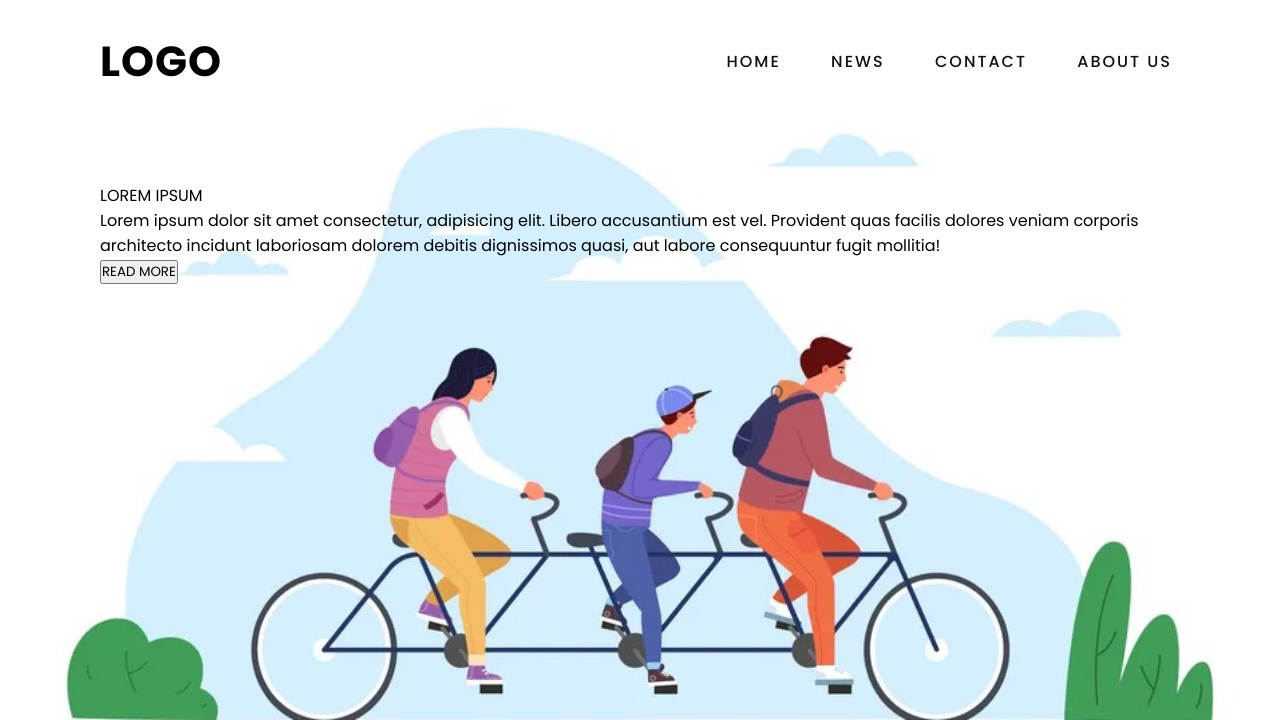
Repository: nganha241/1806
Page: index.html
An editor plug-in stored every save of this project. The page is shown before and after the next save, followed by the edit.
The browser window is 1280 px wide. The pictures show the whole page.

Above is the page before, as saved 2022-06-18 15:48:05.

After the next save:
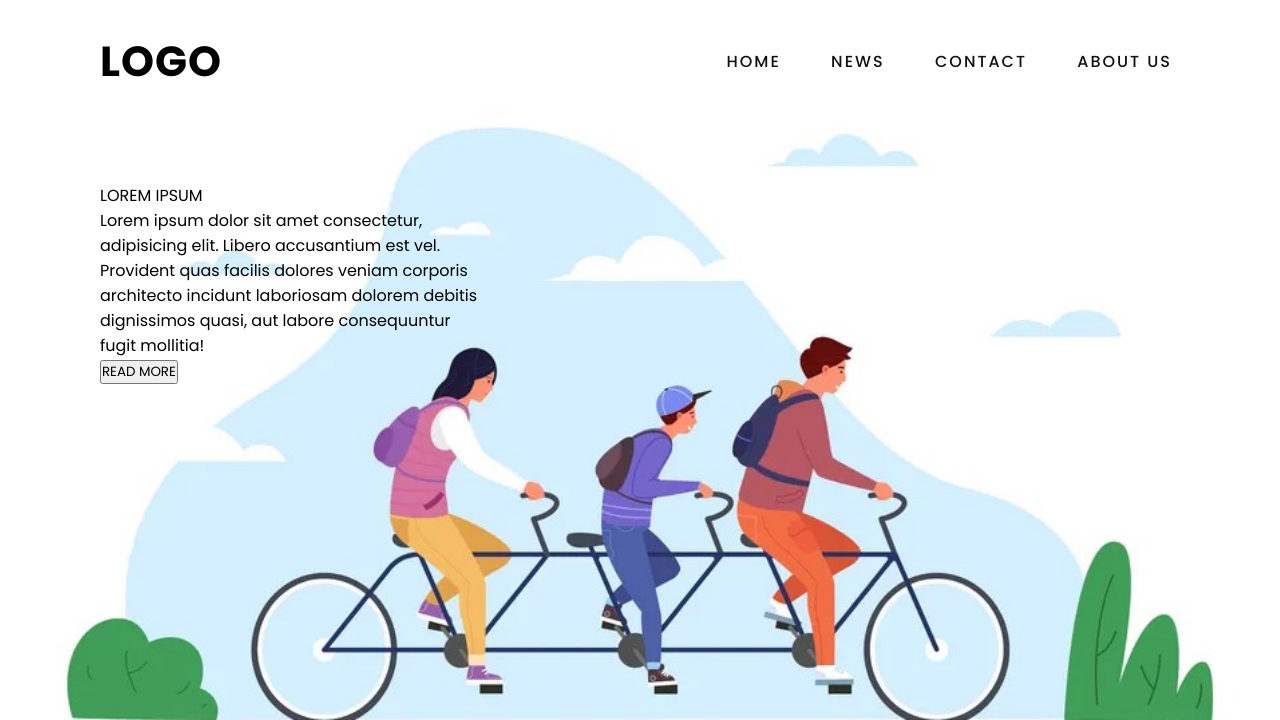
Saved 18 s later.
--- a/style.css
+++ b/style.css
@@ -64,4 +64,5 @@ section header {
 
 .content {
     margin: 60px 100px;
+    width: 30%;
 }
